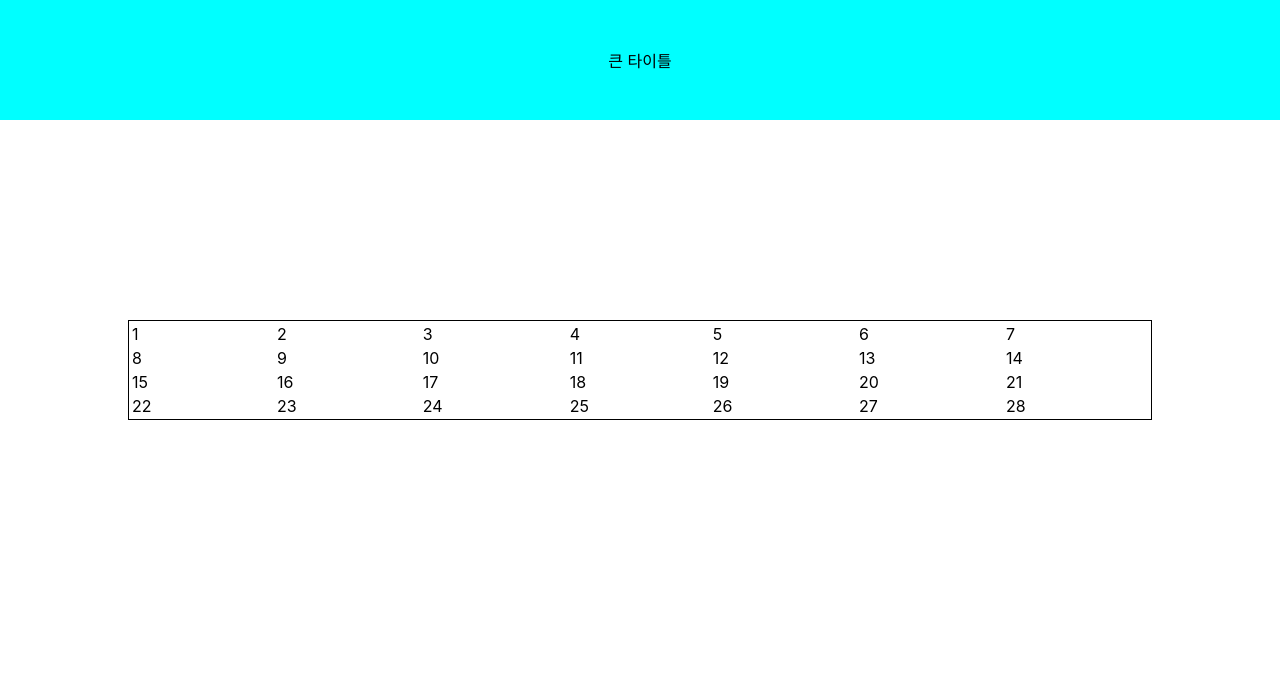
Repository: honeybong/SANGBONG
Page: /
These files come from the project's save history. The page is drawn as it stood at one moment and after the next save; the edit follows.
The browser window is 1280 px wide. The pictures show the whole page.
The project was rebuilt for these pictures with package versions that can differ from the ones it lists, and the page was loaded fresh each time.

Above is the page before, as saved 2023-03-22 12:54:18.

### src/App.js
import './App.scss';
import { useState } from 'react';

const App = (props) => {
  // const getTableTr = () => {
  //   for (const i = 0; i > 7; i++) {
  //     return (
  //       <>
  //         <td>i</td>
  //       </>
  //     )
  //   }

  // }
  return (
    <div className='test'>
      <header className='test-header'>
        <div className='header-title'>
          큰 타이틀
        </div>
      </header>
      <body className='test-body'>
        <div className='body-container'>
          {/* <div className='scheduler' /> */}
          <table className='scheduler'>
            <tr>
              <td>1</td>
              <td>2</td>
              <td>3</td>
              <td>4</td>
              <td>5</td>
              <td>6</td>
              <td>7</td>
            </tr>
            <tr>
              <td>8</td>
              <td>9</td>
              <td>10</td>
              <td>11</td>
              <td>12</td>
              <td>13</td>
              <td>14</td>
            </tr>
            <tr>
              <td>15</td>
              <td>16</td>
              <td>17</td>
              <td>18</td>
              <td>19</td>
              <td>20</td>
              <td>21</td>
            </tr>
            <tr>
              <td>22</td>
              <td>23</td>
              <td>24</td>
              <td>25</td>
              <td>26</td>
              <td>27</td>
              <td>28</td>
            </tr>
          </table>
        </div>
      </body>
    </div>
  );
}

export default App;

### src/App.scss
.test {}
.test-header {
  .header-title {
    background-color: aqua;
    text-align: center;
    display: flex;
    height: 120px;
    justify-content: center;
    align-items: center;
  }
}
.test-body {
  .body-container {
    width: 100%;
    height: 500px;
    display: flex;
    justify-content: center;
    align-items: center;
    flex-direction: column;
    .scheduler {
      width: 80%;
      height: 20px;
      border: 1px solid black;
    }
  }
}

Loaded but not shown: public/index.html (common file); src/index.js (common file); src/index.css (common file); src/reportWebVitals.js (common file)

After the next save:
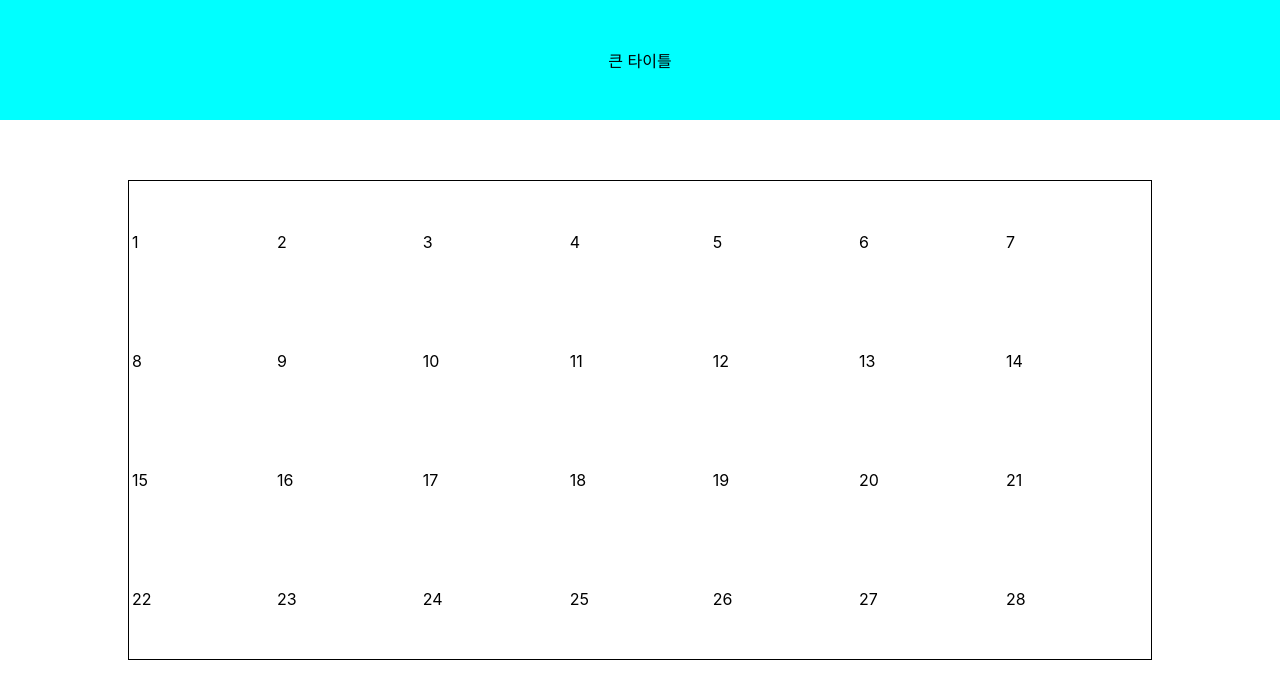
Saved 66 s later.
--- a/src/App.scss
+++ b/src/App.scss
@@ -12,14 +12,14 @@
 .test-body {
   .body-container {
     width: 100%;
-    height: 500px;
+    height: 600px;
     display: flex;
     justify-content: center;
     align-items: center;
     flex-direction: column;
     .scheduler {
       width: 80%;
-      height: 20px;
+      height: 80%;
       border: 1px solid black;
     }
   }
